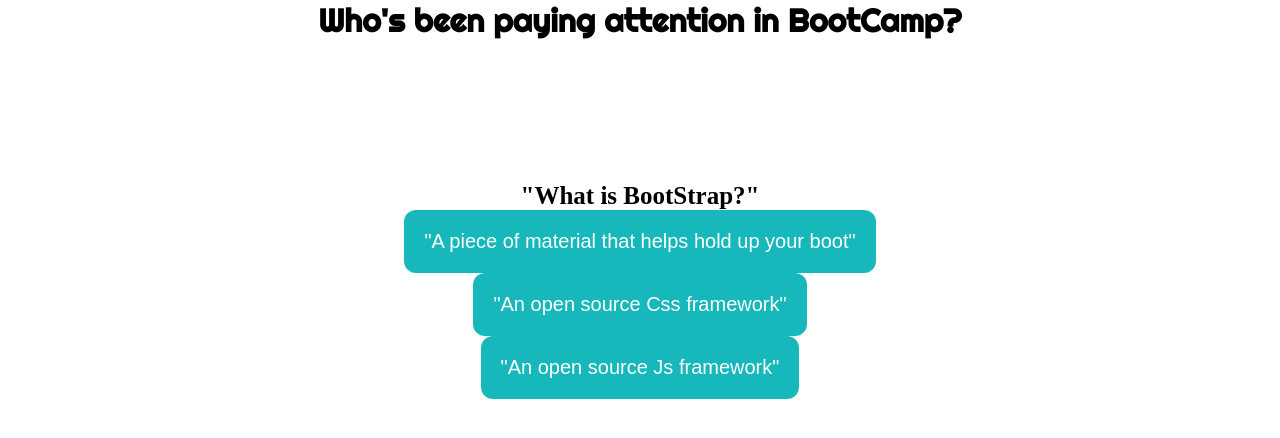
Repository: kkyler24/Quizlet
Page: Quiz.html
The author's editor kept a copy of each file at every save. The page is drawn from the files as they stood at one save, then again after the next save.
The browser window is 1280 px wide. The pictures show the whole page.
Some web libraries are served in a nearby version.

Above is the page before, as saved 2020-03-15 23:53:15.

### Quiz.html
<!DOCTYPE html>

<html lang="en">

<head>
    <meta charset="UTF-8">
    <meta name="viewport" content="width=device-width, initial-scale=1.0">

    <!-- font family -->
    <link href="https://fonts.googleapis.com/css2?family=Righteous&display=swap" rel="stylesheet">

    <!-- Popper -->
    <script src="https://cdnjs.cloudflare.com/ajax/libs/popper.js/1.12.9/umd/popper.min.js"
        integrity="sha384-ApNbgh9B+Y1QKtv3Rn7W3mgPxhU9K/ScQsAP7hUibX39j7fakFPskvXusvfa0b4Q"
        crossorigin="anonymous"></script>
    <!-- Myfiles -->
    <link rel="stylesheet" type="text/css" href="DevOpsFiles/Style.css">
    <title>Quiz it</title>
</head>

<header>Who's been paying attention in BootCamp?</header>

<!-- Quiz Design -->

<body>
    <div id="timespent" class="time"></div>

    <Div class="flex-container">
        <div id="questionBoxOne" class="row" style="display: block;">
            <div class="col-md-6 col-sm-3 questionDiv">
                "What is BootStrap?"
                <div class="col-8 col-sm-6 answerA">
                    <button type="button" class="button">"A piece of material that helps hold up your
                        boot"
                    </button>
                </div>
                <div class="col-8 col-sm-6 answerA correct">
                    <button type="button" class="button">"An open source Css
                        framework"</button>
                </div>
                <div class="col-8 col-sm-6 answerA">
                    <button type="button" class="button">"An open source Js framework"</button>
                </div>
            </div>
        </div>

        <div id="questionBoxTwo" class="row" style="display: none;">
            <div class="col-md-6 col-sm-3 questionDiv">
                "Javascript is to muscles as HTML is to...?"
            </div>
                <div class="col-8 col-sm-6 answerB correct">
                    <button type="button" class="button"> IceCream"</button>
                </div>
                <div class="col-8 col-sm-6 answerB">
                    <button type="button" class="button">"Skin"</button>
                </div>
                <div class="col-8 col-sm-6 answerB">
                    <button type="button" class="button">"Skeleton"</button>
                </div>
            </div>


        <div id="questionBoxThree" class="row" style="display: none;">
            <div class="col-md-6 col-sm-3 questionDiv">
                "What does HTML stand for?"
                <div class="row">

                    <div class="col-8 col-sm-6 answerC">
                        <button type="button" class="button">"Home Tools Mark-up language" </button>

                        <div class="col-8 col-sm-6 answerC">
                            <button type="button" class="button"> "Hyper-text Mark down language "</button>

                            <div class="col-8 col-sm-6 answerC">
                                <button type="button" class="button">"Hyper-text Mark up language
                                    "</button>
                            </div>
                        </div>
                    </div>
                </div>
            </div>
        </div>

        <div id="questionBoxFour" class="row" style="display: none;">
            <div class="col-md-6 col-sm-3 questionDiv">
                "What is BootStrap?"
                <div class="row">

                    <div class="col-8 col-sm-6 answerD">
                        <button type="button" class="button">"A piece of material that helps hold
                            up your boot" </button>

                        <div class="col-8 col-sm-6 answerD">
                            <button type="button" class="button">"An open source Css
                                framework"</button>

                            <div class="col-8 col-sm-6 answerD">
                                <button id="D" type="button" class="button">"An open source Js
                                    framework"</button>
                            </div>
                        </div>
                    </div>
                </div>
            </div>
        </div>
    </Div>

    <script src="https://code.jquery.com/jquery-3.4.1.js"></script>
    <script src="DevOpsFiles/Java.js"></script>
</body>

</html>

### DevOpsFiles/Style.css
body{
    margin: auto;
    text-align: center;
    background-image: image();
  }

.flex-container {
    display: flex;
    height: 500px;
    justify-content: center;
    align-items: center;
    flex-direction: column;
  }

header{
font-family: "Righteous", cursive;
font-size: xx-large;
font-weight: bolder;

  }

#secLeft {
  position: absolute;
  top: 0.1%;
  display: block;
}

#questionBoxOne {
  position: absolute;

}

#questionBoxTwo {
  position: absolute;

}

#questionBoxThree {
  position: absolute;

}

#questionBoxFour {
  position: absolute;

}
.questionDiv{
  font-size: 25px;
  font-weight: bold;

}

.button{
background-color: rgb(22, 184, 187);
padding: 20px;
border-radius: 12px;
border: none;
color: white;
font-family:Arial, Helvetica, sans-serif;
font-size: 20PX;
}

#timespent{
  float: left ;
  border: none;
  height: 100px;
  text-align: center;
  font-size: 40px;
  font-weight: bold;
}

.startButton{
  text-align: center;
  margin-top: 25%;
}

### DevOpsFiles/Java.js
// var startTime;
var startTime;
function display() {
  // later record end time
  var endTime = new Date();

  // time difference in ms
  var timeDiff = endTime - startTime;

  // strip the miliseconds
  timeDiff /= 1000;

  // get seconds
  var seconds = Math.round(timeDiff % 60);

  // remove seconds from the date
  timeDiff = Math.floor(timeDiff / 60);

  // get minutes
  var minutes = Math.round(timeDiff % 60);

  // remove minutes from the date
  timeDiff = Math.floor(timeDiff / 60);

  // get hours
  var hours = Math.round(timeDiff % 24);

  // remove hours from the date
  timeDiff = Math.floor(timeDiff / 24);

  // the rest of timeDiff is number of days
  var days = timeDiff;

  $(".time").text(minutes + ":" + seconds);
  setTimeout(display, 1000);
}

$(".answerA").click(function () {
  startTime = new Date();
  setTimeout(display, 1000);
});
//   function stopTimer() {
//     secondsElapsed = 0;
//     formatTime();
//   }
//   function startTimer() {
//     if (totalSeconds > 0) {
//       secondsElapsed = 0;
//       timer = setInterval(function () {
//         secondsElapsed++;
//         formatTime();
//       }, 1000);
//     }
//     formatTime();
//   }
// };

// ---Score Code---
var totalScore = [];

function getSum(total, num) {
  return total + Math(num);
}
function myFunction(item) {
  document.getElementById("stats").innerHTML = totalScore.reduce(getSum, 0);
}



// Questions Object
var Quests = [
  {
    Q1: {
      Question: "What is BootStrap?",
      answers: ["A piece of material that helps hold up your boot", "An open source Css framework", "An open source JS framework"],
      answersCorrect: [1]

    },

    Q2: {
      Question: "HTML is to Skeleton as Javascript is to...?",
      answers: ["Muscles", "Skin", "Coffee"],
      answersCorrect: [0]
    },

    Q3: {
      Question: "What does HTML stand for?",
      answers: ["A piece of material that helps hold up your boot", "An open source Css framework", "An open source JS framework"],
      answersCorrect: [3]
    },

    Q4: {
      Question: "What is BootStrap?",
      answers: ["A piece of material that helps hold up your boot", "An open source Css framework", "An open source JS framework"],
      answersCorrect: [2]
    }
  }];


// -->Get faded code<--

var fadeOut = $(".answerA").on("click", function () {
  $("#questionBoxOne").fadeOut(2500, function () {
    $(this).remove();
  })
});

$(".answerA").on("click", function () {
  $("#questionBoxTwo").fadeIn(3600, function () {
  })
});

$('.answerB').on('click', function () {
  $("#questionBoxTwo").fadeOut(2500, function () {
    $(this).remove();
  })
});

$(".answerB").on("click", function () {
  $("#questionBoxThree").fadeIn(3600, function () {

  })
});

$('.answerC').on('click', function () {
  $("#questionBoxThree").fadeOut(2500, function () {
    $(this).remove();
  })
});

$(".answerC").on("click", function () {
  $("#questionBoxFour").fadeIn(3500, function () {
  })
});

$('.answerD').on('click', function () {
  $("#questionBoxFour").fadeOut(2500, function () {
    $(this).remove();
  })
});

$(".answerD").on("click", function () {
    $("#stats").slideDown(3500, function () {
    })
  });

//
// var aBBox = document.getElementsByClassName("col-8 col-sm-6 answerB");
// aBBox.


// done.addEventListener("event", function(){
// $(".answerb").on("event", function(){
//   $("#questionBoxTwo").fadeOut(2000,function(){
//     $(this).remove();
// })});



//
// $("#questionBoxTwo").fadeIn(1000,function())

// fade in after (this).remove has been completed
// var buttonCheck = document.getElementsByClassName("button");
// var totalScore = "";

// button listener



// Check the buttons for correct class
// // for ( var i = 0; i > flex-container.lenght; i++) {
// //   $("button").on("click", function(){
// //     if (buttonCheck.click === button.correct){
// //         totalScore = totalScore + 25;
// //     }
// //     else {secondsElapsed + 1500};
//   }
// )}

After the next save:
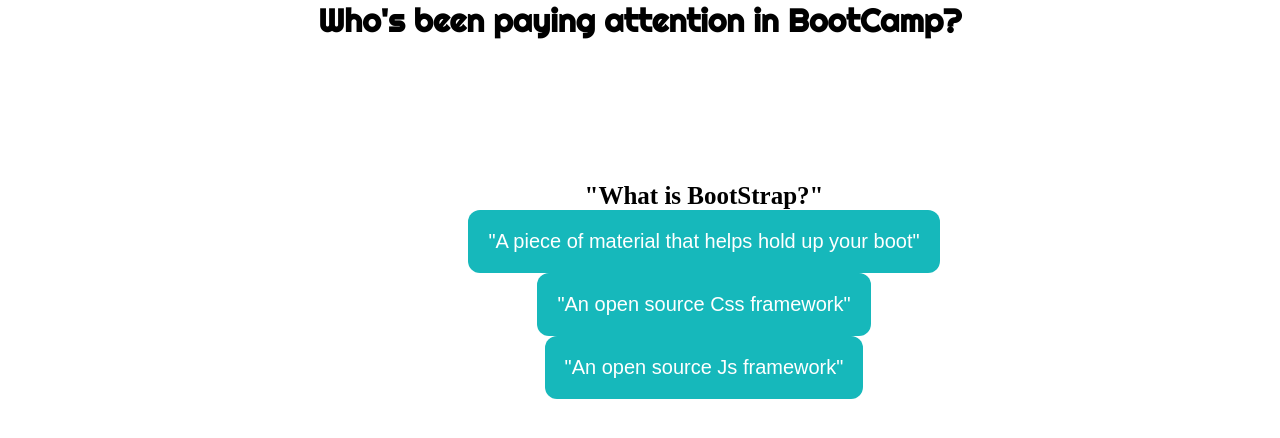
Saved 68 s later.
--- a/DevOpsFiles/Style.css
+++ b/DevOpsFiles/Style.css
@@ -67,6 +67,8 @@
   text-align: center;
   font-size: 40px;
   font-weight: bold;
+  margin-top: 25%;
+  margin-left: 10%;
 }
 
 .startButton{
